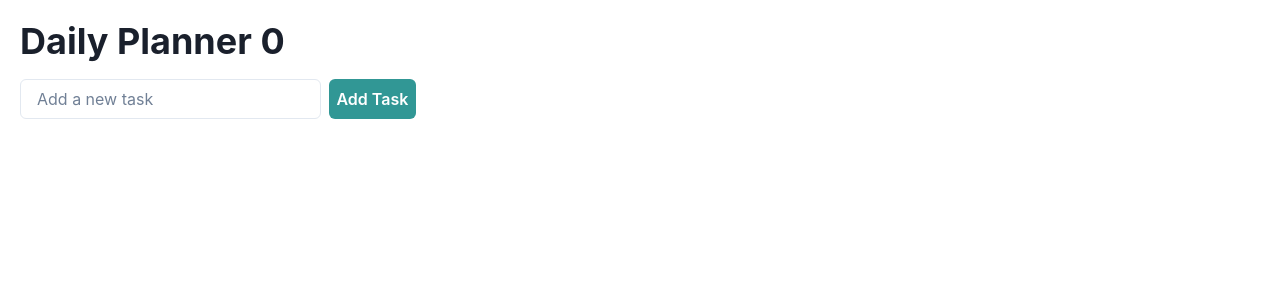
Repository: navnneett/COMP-3170-lab04
Page: /
These files come from the project's save history. The page is drawn as it stood at one moment and after the next save; the edit follows.
The browser window is 1280 px wide. The pictures show the whole page.
The project was rebuilt for these pictures with package versions that can differ from the ones it lists, and the page was loaded fresh each time. Also part of the build but not shown: vite.config.js, src/components/Task.jsx.

Above is the page before, as saved 2024-10-20 20:10:40.

### src/App.jsx
import { useState } from 'react';
import { Box, Heading, VStack, ChakraProvider } from '@chakra-ui/react';
import TaskForm from './components/TaskForm'; // Ensure this file is correctly implemented
import Task from './components/Task'; // Ensure this file is correctly implemented

function App() {
  const [tasks, setTasks] = useState([]);

  const addTask = (taskName) => {
    if (!taskName) return; // Prevent adding empty tasks
    const newTask = { id: Date.now(), name: taskName, completed: false };
    setTasks((prevTasks) => [...prevTasks, newTask]);
  };

  const toggleTask = (id) => {
    setTasks((prevTasks) =>
      prevTasks.map((task) =>
        task.id === id ? { ...task, completed: !task.completed } : task
      )
    );
  };

  const deleteTask = (id) => {
    setTasks((prevTasks) => prevTasks.filter((task) => task.id !== id));
  };

  const remainingTasks = tasks.filter((task) => !task.completed).length;

  return (
    <ChakraProvider>
      <Box p={5}>
        <Heading mb={4}>Daily Planner {remainingTasks}</Heading>
        <TaskForm addTask={addTask} />
        <VStack spacing={3} mt={5}>
          {tasks.length > 0 && tasks.map((task) => (
            <Task
              key={task.id}
              task={task}
              toggleTask={toggleTask}
              deleteTask={deleteTask}
            />
          ))}
        </VStack>
      </Box>
    </ChakraProvider>
  );
}

export default App;

### src/components/TaskForm.jsx
import { useState } from 'react';
import { Input, Button, HStack } from '@chakra-ui/react';

function TaskForm({ addTask }) {
  const [taskName, setTaskName] = useState('');

  const handleSubmit = (e) => {
    e.preventDefault();
    addTask(taskName);
    setTaskName(''); // Reset input after submission
  };

  return (
    <form onSubmit={handleSubmit}>
      <HStack>
        <Input
          value={taskName}
          onChange={(e) => setTaskName(e.target.value)}
          placeholder="Add a new task"
          required
        />
        <Button type="submit" colorScheme="teal">
          Add Task
        </Button>
      </HStack>
    </form>
  );
}

export default TaskForm;

Loaded but not shown: index.html (common file); src/main.jsx (common file); src/index.css (common file)

After the next save:
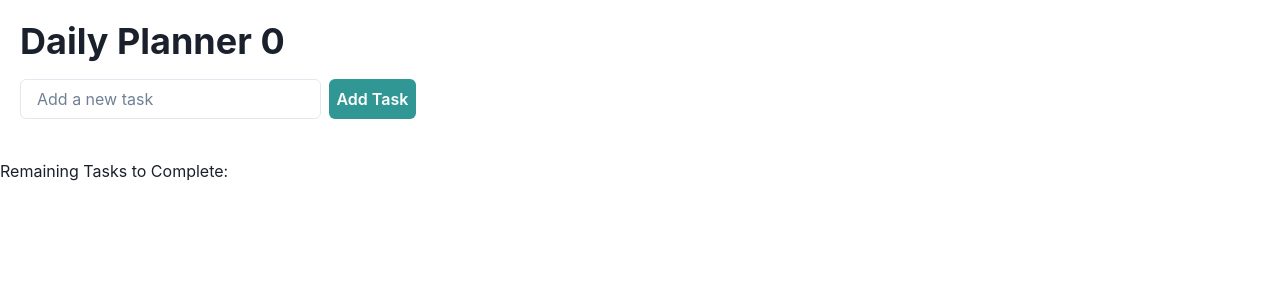
Saved 108 s later.
--- a/src/App.jsx
+++ b/src/App.jsx
@@ -42,7 +42,10 @@ function App() {
           ))}
         </VStack>
       </Box>
+
+      <h3>Remaining Tasks to Complete:</h3>
     </ChakraProvider>
+
   );
 }
 
